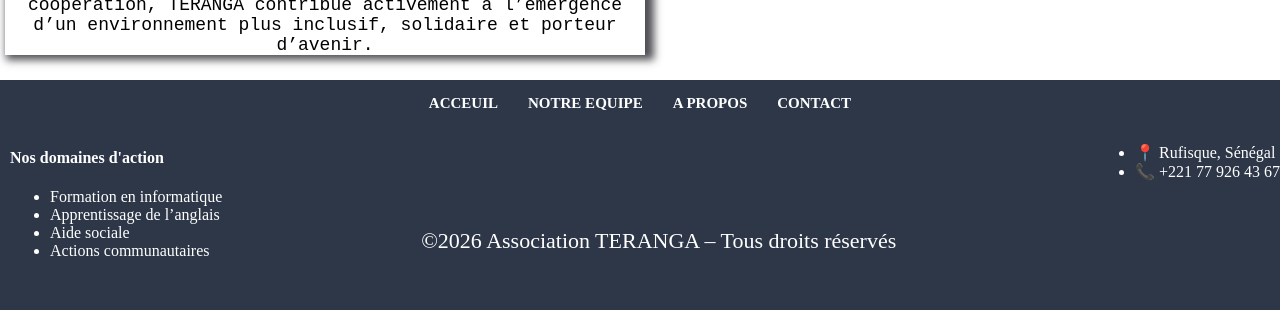
Repository: assanendao171/projet-teranga
Page: propos.html
These files come from the project's save history. The page is drawn as it stood at one moment and after the next save; the edit follows.
The browser window is 1280 px wide. The pictures show the part of the page from y = 2922 to 3383 px (the page is 3237 px tall before and 3383 px after).

Above is the page before, as saved 2026-02-13 16:09:33.

### propos.html
<!doctype html>
<html lang="en">
  <head>
    <meta charset="UTF-8" />
    <meta name="viewport" content="width=device-width, initial-scale=1.0" />
    <title>Document</title>
    <link rel="stylesheet" href="propos.css" />
  </head>
  <body>
    <!-- l'entete -->
    <header>
      <!-- logo -->
      <div class="contain-logo">
        <img src="image/logo.jpeg" alt="" class="logo" />
      </div>
      <div class="btn-nav">
        <nav>
          <a href="acceuil.html" target="_blank">ACCEUIL</a>
          <a href="equipe.html" target="_blank">NOTRE EQUIPE</a>
          <a href="propos.html" target="_blank">A PROPOS</a>
          <a href="contact.html" target="_blank">CONTACT</a>
        </nav>
      </div>
    </header>
    <!-- corps -->
    <main>
      <!-- section histoire -->
      <h1 id="histoire">NOTRE HISTOIRE</h1>
      <div class="contain-histoire">
        <p id="p-histoire">
          L'association TERANGA a vu le jour en Avril 2024 dans le département
          de Rufisque . Depuis sa création , elle s'est illustrée par des
          activités éducatives , culturelles et citoyennes .Face aux défis
          sociaux et éducatifs rencontrés dans notre environnement, un groupe de
          jeunes engagés a décidé d’agir concrètement. Ce qui a commencé comme
          une initiative locale est progressivement devenu un mouvement
          structuré, porté par la solidarité, l’engagement et l’innovation.
          Aujourd’hui, TERANGA poursuit son développement avec la même
          conviction : contribuer activement à un avenir plus juste, inclusif et
          durable. A travers des initiatives de promotion de la lecture ,
          d'animations culturelles et d'actions environnementales comme le
          nettoyage des écoles , TERANGA s'engage activement a améliorer le
          cadre de sa vie a renforcer l'éducation et la solidarité au sein de la
          communauté.Aujourd’hui, TERANGA poursuit son développement avec
          détermination. Chaque action menée, chaque partenariat construit et
          chaque initiative lancée s’inscrivent dans une vision claire :
          contribuer activement à un avenir plus juste, inclusif et durable
        </p>
        <img
          src="image/histoireImage.jpeg"
          alt="photo histoire"
          class="photo-histoire" />
      </div>
      <h1 id="valeur">NOS VALEURS</h1>
      <div class="contain-valeur">
        <img src="image/photo-valeur.png" alt="" class="photo-valeur" />
      </div>
      <div class="contain-image">
        <div class="image1">
          <img
            src="image/solidatité.jpg"
            alt="aide social"
            class="image-aide" />
          <span id="texte-aide-social">Solidarité</span>
          <p>
            Nous croyons en la force du collectif et en l’entraide. La
            solidarité est au cœur de nos actions et nous permet d’accompagner
            les populations avec respect, écoute et partage.
          </p>
        </div>
        <!-- ____________________ -->
        <div class="image1">
          <img src="image/engagement.jpg" alt="education" class="image-aide" />
          <span id="texte-aide-social">Engagement</span>
          <p>
            Notre engagement repose sur la responsabilité, la persévérance et la
            volonté d’agir concrètement. Nous œuvrons chaque jour pour produire
            un impact durable et positif.
          </p>
        </div>
        <!-- ___________________________________ -->
        <div class="image1">
          <img
            src="image/innovation.jpg"
            alt="environnement"
            class="image-aide" />
          <span id="texte-aide-social">Innovation</span>
          <p>
            Nous encourageons des solutions nouvelles et adaptées aux réalités
            sociales actuelles. L’innovation nous permet de répondre
            efficacement aux défis de notre communauté.
          </p>
          <!-- ______________________________________________ -->
        </div>
        <div class="image1">
          <img
            src="image/citoyennete.jpg"
            alt="environnement"
            class="image-aide" />
          <span id="texte-aide-social">Citoyenneté</span>
          <p>
            Nous encourageons la participation active et responsable de chacun.
            La citoyenneté est un levier essentiel pour construire une société
            plus juste et inclusive.
          </p>
          <!-- ______________________________________________ -->
        </div>
      </div>

      <!-- le public -->
      <div class="containt-public">
        <h1 id="public">LE PUBLIC</h1>
        <h2>Pour qui agissons-nous ?</h2>
        <p class="p-public">
          TERANGA déploie ses actions au service de différents publics au sein
          de la communauté. Notre démarche repose sur une approche inclusive,
          participative et adaptée aux réalités locales. Nous considérons que le
          développement social ne peut être efficace que s’il prend en compte
          les besoins spécifiques de chaque groupe et favorise l’implication
          active de tous les acteurs concernés.
        </p>
        <h2>Les jeunes :</h2>
        <p class="p-public">
          Les jeunes occupent une place centrale dans notre vision du
          développement. Conscients des défis auxquels ils sont confrontés —
          qu’ils soient éducatifs, sociaux ou liés à l’insertion professionnelle
          — nous mettons en œuvre des initiatives visant à renforcer leurs
          capacités et à encourager leur autonomie. À travers des activités
          d’accompagnement, de sensibilisation et d’engagement citoyen, nous
          créons des espaces d’apprentissage et d’expression où les jeunes
          peuvent développer leurs compétences, affirmer leur potentiel et
          prendre confiance en eux. Nous croyons fermement que la jeunesse
          représente une force de transformation sociale. En leur offrant des
          opportunités concrètes et un cadre structurant, nous contribuons à
          faire émerger une génération responsable, créative et engagée pour le
          bien commun.
        </p>
        <h2>Les familles et les communautés locales :</h2>
        <p class="p-public">
          Le développement durable d’une société repose sur la solidité de ses
          familles et la cohésion de ses communautés. TERANGA agit en faveur du
          renforcement du tissu social en proposant des actions qui encouragent
          la solidarité, l’entraide et la participation communautaire. Nous
          accompagnons les familles confrontées à des défis sociaux en
          favorisant le dialogue, la sensibilisation et l’accès à des
          initiatives adaptées à leurs besoins. Notre approche vise à valoriser
          les ressources locales, à soutenir les dynamiques existantes et à
          encourager une participation active dans la résolution des
          problématiques collectives. En plaçant la communauté au cœur de notre
          action, nous contribuons à créer un environnement plus stable,
          inclusif et favorable au développement harmonieux de chacun.
        </p>
        <h2>Les acteurs engagés et partenaires :</h2>
        <p class="p-public">
          TERANGA reconnaît que l’impact durable ne peut être atteint qu’à
          travers une collaboration étroite entre différents acteurs. C’est
          pourquoi nous travaillons aux côtés de bénévoles, de leaders
          communautaires, d’organisations partenaires et d’institutions
          partageant une vision commune du progrès social. Nous favorisons les
          synergies et les partenariats stratégiques afin de renforcer la portée
          de nos actions et d’optimiser les ressources disponibles. Cette
          dynamique collaborative permet de mutualiser les compétences, de
          partager les expériences et d’amplifier l’impact au bénéfice des
          populations ciblées. En cultivant un réseau engagé et solidaire, nous
          consolidons les bases d’un développement inclusif et durable.
        </p>
        <h2>Une approche inclusive :</h2>
        <p class="p-public">
          Au-delà des catégories spécifiques, notre action s’inscrit dans une
          démarche globale visant à promouvoir l’inclusion, l’équité et la
          participation citoyenne. Nous restons attentifs à l’évolution des
          besoins de la communauté et adaptons continuellement nos interventions
          afin de garantir leur pertinence et leur efficacité.
        </p>
      </div>
      <div>
        <h1 id="lieu">LE LIEU</h1>
      </div>
      <div class="contain-lieu">
        <p id="p-lieu">
          TERANGA inscrit son action au cœur de son territoire. Notre engagement
          prend racine dans un environnement marqué par des réalités sociales,
          éducatives et économiques spécifiques, qui nécessitent des réponses
          adaptées et durables. En étant présents au plus près des populations,
          nous développons une connaissance approfondie du contexte local, ce
          qui nous permet de proposer des initiatives pertinentes et cohérentes
          avec les besoins identifiés. Implantée à Rufisque, TERANGA agit
          principalement au niveau local tout en s’inscrivant dans une dynamique
          d’ouverture et de collaboration plus large. Notre proximité avec les
          habitants facilite l’écoute, le dialogue et la participation active de
          la communauté. Cette présence locale constitue un atout majeur : elle
          nous permet d’intervenir rapidement, de créer des liens solides et de
          renforcer la confiance entre les différents acteurs impliqués. Nous
          considérons notre territoire non seulement comme un espace
          d’intervention, mais aussi comme un espace d’opportunités. Les
          ressources humaines, les dynamiques communautaires et les initiatives
          locales représentent des leviers essentiels pour construire un
          développement durable. En valorisant ces atouts et en encourageant la
          coopération, TERANGA contribue activement à l’émergence d’un
          environnement plus inclusif, solidaire et porteur d’avenir.
        </p>
        <iframe
          src="https://www.google.com/maps/embed?pb=!1m18!1m12!1m3!1d15435.790002337535!2d-17.281228760870015!3d14.715560226542413!2m3!1f0!2f0!3f0!3m2!1i1024!2i768!4f13.1!3m3!1m2!1s0xec19fc137980b03%3A0x2f17ba47ed9b2b44!2sRufisque!5e0!3m2!1sfr!2ssn!4v1770901932337!5m2!1sfr!2ssn"
          width="600"
          height="450"
          style="border: 0"
          allowfullscreen=""
          loading="lazy"
          referrerpolicy="no-referrer-when-downgrade"></iframe>
      </div>
    </main>

    <footer>
      <nav class="btn-footer">
        <a href="acceuil.html" target="_blank">ACCEUIL</a>
        <a href="equipe.html" target="_blank">NOTRE EQUIPE</a>
        <a href="propos.html" target="_blank">A PROPOS</a>
        <a href="contact.html" target="_blank">CONTACT</a>
      </nav>
      <div class="contain-footer">
        <div class="liste-footer">
          <h4>Nos domaines d'action</h4>
          <ul>
            <li>Formation en informatique</li>
            <li>Apprentissage de l’anglais</li>
            <li>Aide sociale</li>
            <li>Actions communautaires</li>
          </ul>
        </div>
        <div class="copyright">
          <p>&copy;2026 Association TERANGA – Tous droits réservés</p>
        </div>
        <div class="contact">
          <ul>
            <li>📍 Rufisque, Sénégal</li>
            <li>📞 +221 77 926 43 67</li>
          </ul>
        </div>
      </div>
    </footer>
  </body>
</html>

### propos.css
body{
    margin: 15px 0 5px 0;
    background-color: #fffffff5;
}
header{
width: 100%;
height: 80px;
background-color: #FFFFFF;
box-shadow: 2px 6px 6px 6px rgba(0, 0, 0, 0.1);
display: flex;
align-items: center;
justify-content: center;
gap: 800px;
}
nav a{
    margin: 15px;
    color: #1E3A8A;
    text-decoration: none;
    font-size: 15px;
    font-weight:900;
}
nav a:hover{
    text-decoration: underline;
}
.logo{
    width: 80px;
left: 10px;
}


/* section histoire */
#histoire{
        color: #1E3A8A;

    text-align: center;
    font-size: 35px;
font-family: 'Courier New', Courier, monospace;
text-decoration: underline;

}
.contain-histoire{
    display: flex;
    gap: 25px;
}
#p-histoire{
    text-align: center;
    font-size: 18px;
font-family: 'Courier New', Courier, monospace;
margin: 5px ;
   width: 50%;
    box-shadow: 5px 1px 8px 4px rgba(31, 30, 37, 0.781);
}
.photo-histoire{
    width: 50%;
    height: 400px;
}
#valeur{
        color: #1E3A8A;

    text-align: center;
    font-size: 35px;
font-family: 'Courier New', Courier, monospace;
text-decoration: underline;

}
.photo-valeur{
    width: 40%;
    height: 350px;
border-radius: 50%;
    box-shadow: 1px 1px 8px 4px rgba(31, 30, 37, 0.781);
}
.contain-valeur{
    display: flex;
    flex-direction: row;
    justify-content: center;
}

.contain-image{
    padding-top: 30px;
    display: flex;
    gap: 20px;
    text-align: center;
    justify-content: center;
    align-items: center;
}
.image1{
    width: 300px;
    height: 380px;
    text-align: center;
    background-color: rgb(255, 255, 255);
    border-radius: 15px;
    box-shadow: 2px 10px 8px 8px rgba(49, 34, 180, 0.781);
    color: #000000;

}
.image-aide{
        width: 240px;
    height: 200px;
    padding: 20px;
    border-radius: 15%;
}
.image-aide:hover{
    transition: 0.5s;
    transform: scale(1.1);
}
#texte-aide-social{
        font-size: 25px;
        font-weight:bold;
font-family:'Franklin Gothic Medium', 'Arial Narrow', Arial, sans-serif
}
#public{
        color: #1E3A8A;
padding-top: 25px;
    text-align: center;
    font-size: 35px;
font-family: 'Courier New', Courier, monospace;
text-decoration: underline;
}
.containt-public{
    margin: 10px;
}
.p-public{
    font-size: 18px;
font-family:'Trebuchet MS', 'Lucida Sans Unicode', 'Lucida Grande', 'Lucida Sans', Arial, sans-serif
}
#lieu{
        color: #1E3A8A;
padding-top: 25px;
    text-align: center;
    font-size: 35px;
font-family: 'Courier New', Courier, monospace;
text-decoration: underline;
}


.contain-lieu{
    display: flex;
    gap: 25px;
}
#p-lieu{
    text-align: center;
    font-size: 18px;
font-family: 'Courier New', Courier, monospace;
margin: 5px ;
   width: 50%;
    box-shadow: 5px 1px 8px 4px rgba(31, 30, 37, 0.781);
}
.ifram-lieu{
    width: 50%;
    height: 370px;
}





footer{
    background-color: #2D3748;
    width: 100%;
    height: 230px;
    margin-top: 20px;
}
.btn-footer{
    display: flex;
    flex-direction: row;
    justify-content: center;

}
.btn-footer a{
    padding: px;
    color: #FFFFFF;
    margin: 10x;
    font-size: 15px;
}
.liste-footer{
    margin-left: 10px;
        color: #FFFFFF;

}
.contact{
    display: flex;
    flex-direction: row;
    justify-content: flex-end;
    color: #FFFFFF;
}
.contain-footer{
    display: flex;
    flex-direction: row;
    justify-content: space-between;
}
.copyright{
        color: #FFFFFF;
    font-size: 22px;
    display: flex;
    flex-direction: column;
    justify-content: flex-end;
}


/* mediaquery pour mobile*/
@media screen and (max-width: 768px) {
  * {
    box-sizing: border-box;
  }
  html,
  body {
    width: 100%;
    overflow-x: hidden;
  }
  header {
    width: 100%;
    height: auto;
    background-color: #ffffff;
    box-shadow: 2px 6px 6px 6px rgba(0, 0, 0, 0.1);
    gap: 10px;
    display: flex;
    flex-direction: column;
    justify-content: space-between;
    align-items: center;
    padding: 10px 20px;
  }

  nav {
    display: flex;
    flex-direction: column;
    justify-content: center;
    align-items: center;
  }
  nav a {
    margin: 15px;
    color: #1e3a8a;
    text-decoration: none;
    font-size: 15px;
    font-weight: 900;
  }
  nav a:hover {
    text-decoration: underline;
  }


footer {
    display: flex;
  background-color: #2d3748;
  width: 100%;
  height: auto;
  margin-top: 20px;
  flex-direction: column;
  justify-content: center;
  align-items: center;
}
.contain-footer{
    display: flex;
    flex-direction: column;
    align-items: center;
    gap: 20px;
}

.bloc-footer{
    display: flex;
    flex-direction: column;
    align-items: center;
    text-align: center;
    gap: 25px;

}
.liste-footer ul,
.contact ul{
    padding: 0;
}
}



/* media query tablette */
@media (min-width: 768px) {
  * {
    box-sizing: border-box;
  }
  html,
  body {
    width: 100%;
    overflow-x: hidden;
  }
  header {
    width: 100%;
    height: auto;
    background-color: #ffffff;
    box-shadow: 2px 6px 6px 6px rgba(0, 0, 0, 0.1);
    gap: 10px;
    display: flex;
    flex-direction: row;
    justify-content: space-between;
    align-items: center;
    padding: 10px 20px;
  }

  nav {
    display: flex;
    flex-direction: row;
    justify-content: center;
    align-items: center;
  }
  }

After the next save:
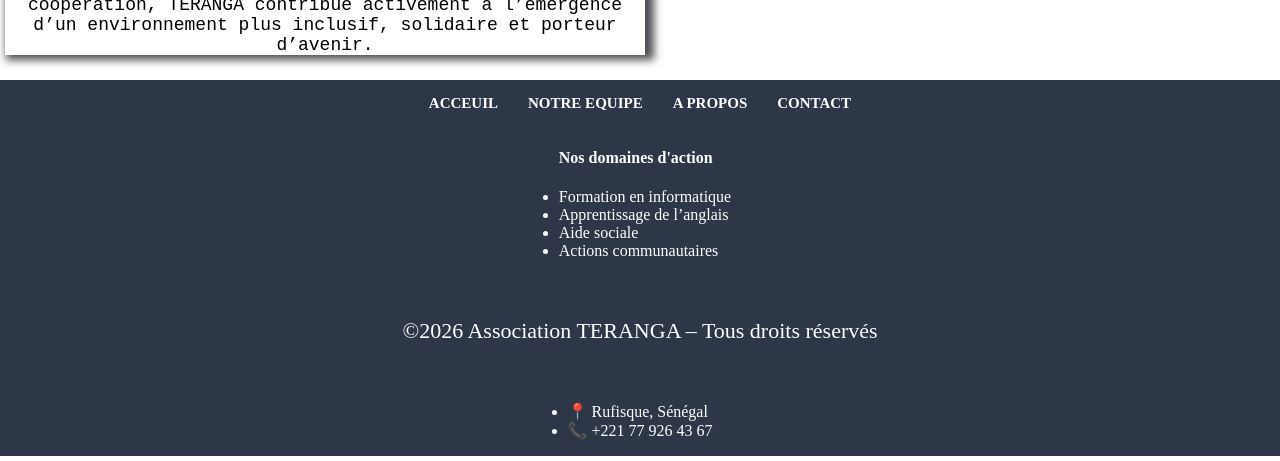
Saved 24 s later.
--- a/propos.css
+++ b/propos.css
@@ -300,4 +300,37 @@ footer {
     justify-content: center;
     align-items: center;
   }
-  }
+
+footer {
+    display: flex;
+  background-color: #2d3748;
+  width: 100%;
+  height: auto;
+  margin-top: 20px;
+  flex-direction: column;
+  justify-content: center;
+  align-items: center;
+}
+.contain-footer{
+    display: flex;
+    flex-direction: column;
+    align-items: center;
+    gap: 20px;
+}
+
+.bloc-footer{
+    display: flex;
+    flex-direction: column;
+    align-items: center;
+    text-align: center;
+    gap: 25px;
+
+}
+.liste-footer ul,
+.contact ul{
+    padding: 0;
+}
+}
+
+
+  }
